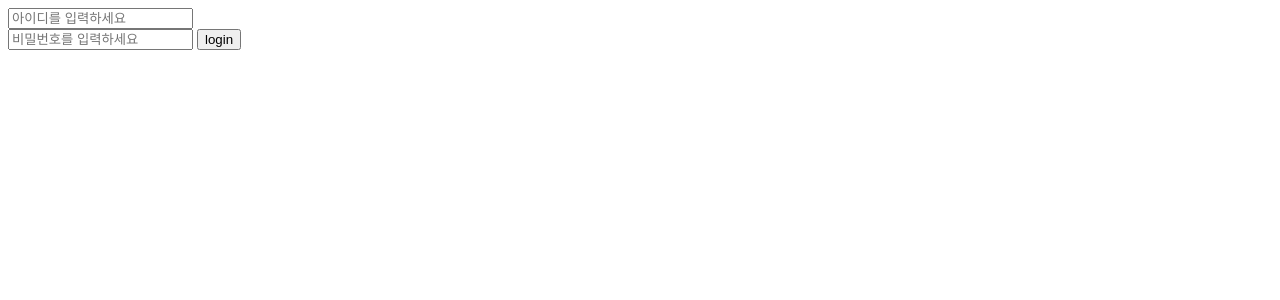
Repository: rmh6363/javastudy
Page: HelloWorld/WebContent/c.html
The author's editor kept a copy of each file at every save. The page is drawn from the files as they stood at one save, then again after the next save.
The browser window is 1280 px wide. The pictures show the whole page.

Above is the page before, as saved 2020-12-04 06:05:07.

### HelloWorld/WebContent/c.html
<!DOCTYPE html>
<html>
<head>
<meta charset="UTF-8">
<title>Insert title here</title>
</head>
<body>
<form action="a.html">

   <input name = "id" placeholder="아이디를 입력하세요">
   <br>
   <input name = "pw" placeholder="비밀번호를 입력하세요">
   <button>login</button>





</form>



</body>
</html>

After the next save:
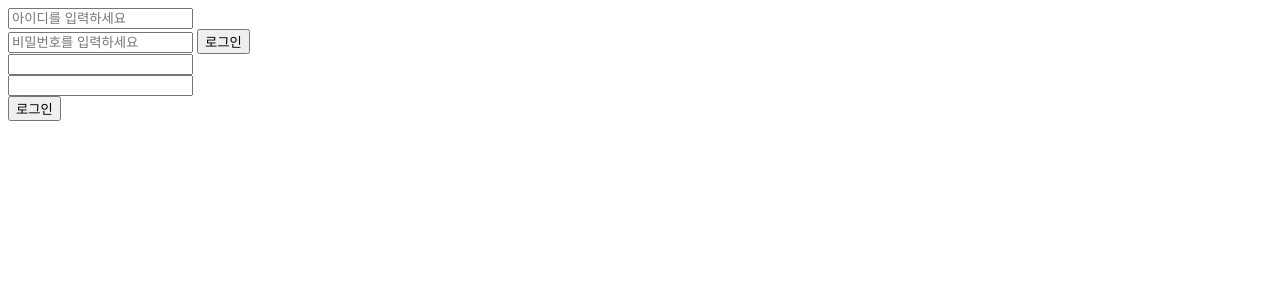
Saved 7 min 35 s later.
--- a/HelloWorld/WebContent/c.html
+++ b/HelloWorld/WebContent/c.html
@@ -10,10 +10,16 @@
    <input name = "id" placeholder="아이디를 입력하세요">
    <br>
    <input name = "pw" placeholder="비밀번호를 입력하세요">
-   <button>login</button>
+   <input type="submit" value="로그인">
+   <br>
+</form>
 
-
-
+<form action="b.html">
+<input name = "id">
+<br>
+<input name = "pw">
+<br>
+<input type="submit" value="로그인">
 
 
 </form>
